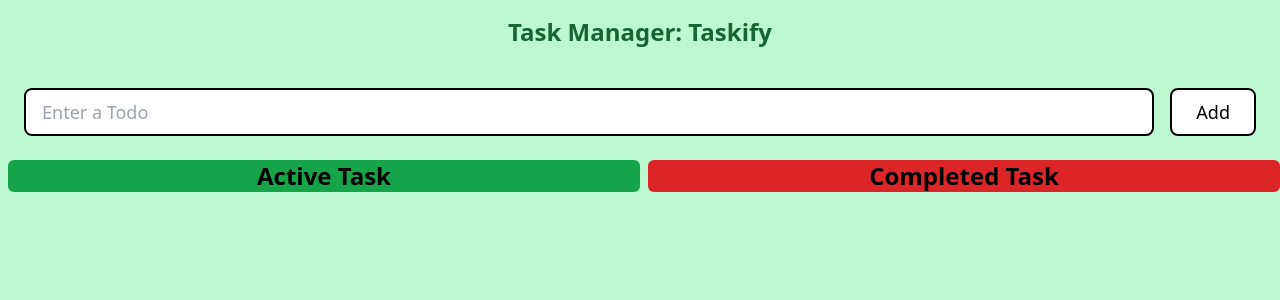
Repository: Dineshbhandari2023/Todo
Page: /
An editor plug-in stored every save of this project. The page is shown before and after the next save, followed by the edit.
The browser window is 1280 px wide. The pictures show the whole page.
Some web fonts or font styles are not loaded; a fallback is used. The project was rebuilt for these pictures with package versions that can differ from the ones it lists, and the page was loaded fresh each time. Also part of the build but not shown: src/Components/SingleTodo.tsx.

Above is the page before, as saved 2025-06-19 22:03:48.

### src/App.tsx
import React, { useState } from "react";
import "./App.css";
import InputFields from "./Components/InputFields";
import { Todo } from "./model";
import TodoList from "./Components/TodoList";

// //Learning Types
// let name: string;
// let age: number;
// let hobbies: string[];
// let role: [number, number, string];

// // Objects Can be defined using: types or interface
// type Animal = {
//   name: string;
//   age: number;
//   color?: string;
// };

// let myAnimal: Animal = {
//   name: "Dog",
//   age: 3,
//   color: "Brown",
// };

// let Animals: Animal[];

// //defining function in ts
// function printAnything(Animal: string) {
//   console.log(Animal);
// }

// printAnything("DOG");

const App: React.FC = () => {
  const [todo, setTodo] = useState<string>("");
  const [todos, setTodos] = useState<Todo[]>([]);

  const handleAdd = (e: React.FormEvent) => {
    e.preventDefault();
    if (todo) {
      setTodos([...todos, { id: Date.now(), todo: todo, isDone: false }]);
      setTodo("");
    }
  };
  console.log(todos);

  return (
    <div className="bg-green-200 h-screen">
      <h1 className="font-extrabold text-center text-green-800 text-2xl p-4">
        Task Manager: Taskify
      </h1>
      <InputFields todo={todo} setTodo={setTodo} handleAdd={handleAdd} />
      <TodoList todos={todos} setTodos={setTodos} />
    </div>
  );
};

export default App;

### src/App.css
@import url("https://fonts.googleapis.com/css2?family=Montserrat:ital@0;1&family=Savate:ital,wght@0,200..900;1,200..900&display=swap");

.App {
  text-align: center;
  font-family: "Montserrat", sans-serif;
}

### src/Components/InputFields.tsx
import React, { useRef } from "react";

interface Props {
  todo: string;
  setTodo: React.Dispatch<React.SetStateAction<string>>;
  handleAdd: (e: React.FormEvent) => void;
}

const InputFields = ({ todo, setTodo, handleAdd }: Props) => {
  const inputRef = useRef<HTMLInputElement>(null);
  return (
    <form
      className="flex gap-4 m-6"
      onSubmit={(e) => {
        handleAdd(e);
        inputRef.current?.blur();
      }}
    >
      <input
        ref={inputRef}
        type="text"
        value={todo}
        onChange={(e) => setTodo(e.target.value)}
        placeholder="Enter a Todo"
        className="flex-1 px-4 py-2 border-2 border-black rounded-lg text-lg focus:outline-none focus:ring-2 focus:ring-blue-500"
      />
      <button
        className="px-6 py-2 bg-white border-2 border-black rounded-lg text-lg font-medium hover:bg-blue-600 focus:outline-none focus:ring-2 focus:ring-blue-500"
        type="submit"
      >
        Add
      </button>
    </form>
  );
};

export default InputFields;

### src/Components/TodoList.tsx
import React from "react";
import { Todo } from "../model";
import SingleTodo from "./SingleTodo";

interface Props {
  todos: Todo[];
  setTodos: React.Dispatch<React.SetStateAction<Todo[]>>;
}

const TodoList = ({ todos, setTodos }: Props) => {
  return (
    <div className="flex justify-between">
      <div className="w-2/4 bg-green-600 rounded-md ml-2">
        <h1 className="text-center text-2xl font-extrabold">Active Task</h1>
        <div>
          {todos.map((todo) => (
            <SingleTodo
              todo={todo}
              key={todo.id}
              todos={todos}
              setTodos={setTodos}
            />
          ))}
        </div>
      </div>
      <div className="w-2/4 bg-red-600 rounded-md ml-2">
        <h1 className="text-center text-2xl font-extrabold">Completed Task</h1>
        <div>
          {todos.map((todo) => (
            <SingleTodo
              todo={todo}
              key={todo.id}
              todos={todos}
              setTodos={setTodos}
            />
          ))}
        </div>
      </div>
    </div>
  );
};

export default TodoList;

Loaded but not shown: public/index.html (common file); src/index.tsx (common file); src/index.css (common file); tailwind.config.js (common file)

After the next save:
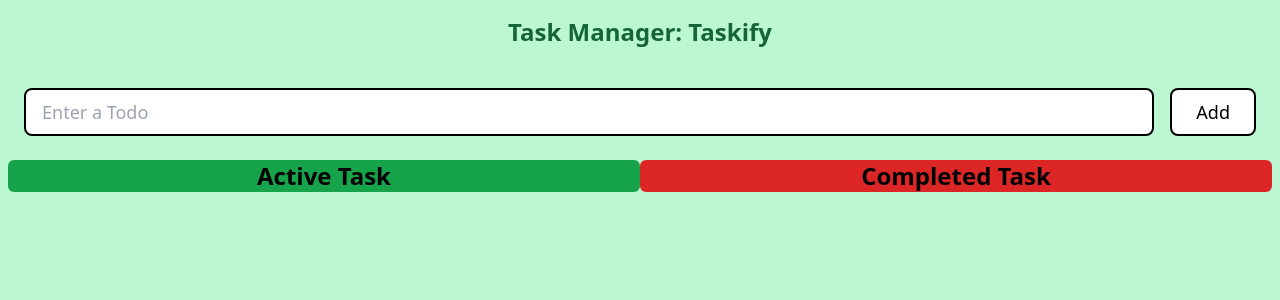
Saved 14 s later.
--- a/src/Components/TodoList.tsx
+++ b/src/Components/TodoList.tsx
@@ -23,7 +23,7 @@ const TodoList = ({ todos, setTodos }: Props) => {
           ))}
         </div>
       </div>
-      <div className="w-2/4 bg-red-600 rounded-md ml-2">
+      <div className="w-2/4 bg-red-600 rounded-md mr-2">
         <h1 className="text-center text-2xl font-extrabold">Completed Task</h1>
         <div>
           {todos.map((todo) => (
